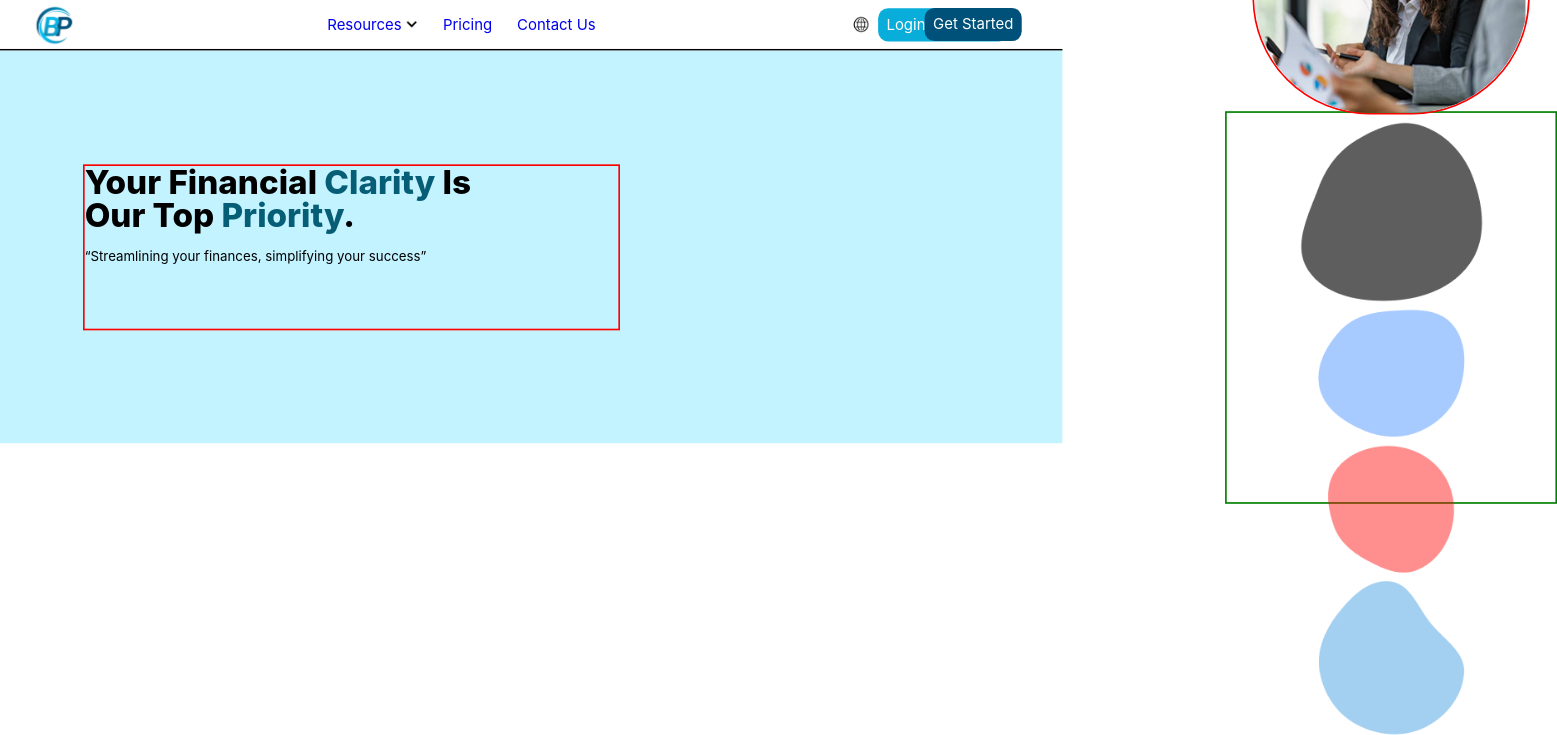
Repository: dark-txch/Bizpadi
Page: /
These files come from the project's save history. The page is drawn as it stood at one moment and after the next save; the edit follows.
The browser window is 1280 px wide. The page is 1876 px wide, so the pictures cover 1876 px, including what lies to the right of the window. The pictures show the whole page, at 83% of full size.
The project was rebuilt for these pictures with package versions that can differ from the ones it lists, and the page was loaded fresh each time. Also part of the build but not shown: vite.config.js.

Above is the page before, as saved 2025-04-01 19:22:30.

### index.html
<!DOCTYPE html>
<html lang="en">
	<head>
		<meta charset="UTF-8" />
		<link rel="icon" type="image/svg+xml" href="/public/logo.svg" />
		<meta name="viewport" content="width=device-width, initial-scale=1.0" />
		<title>Bizpadi</title>
	</head>
	<body>
		<div id="root"></div>
		<script type="module" src="/src/main.jsx"></script>
	</body>
</html>

### src/index.css
:root {
	font-family: system-ui, Avenir, Helvetica, Arial, sans-serif;
	line-height: 1.5;
	font-weight: 400;

	color-scheme: light dark;
	color: black;
	background-color: white;

	font-synthesis: none;
	text-rendering: optimizeLegibility;
	-webkit-font-smoothing: antialiased;
	-moz-osx-font-smoothing: grayscale;
}

* {
	box-sizing: border-box;
	padding: 0;
	margin: 0;
	outline: none;
	border: none;
}

body {
	height: 100vh;
	width: 100vw;
	overflow: hidden;

	font-family: "inter", sans-serif;
}

a {
	text-decoration: none;
}

### src/App.jsx
import "./App.css";
import Nav from "./components/LandingPage/Nav";
import MidSection from "./components/LandingPage/MidSection";

function App() {
	return (
		<>
			<Nav />
			<MidSection />
		</>
	);
}

export default App;

### src/App.css
/*  LANDING PAGE/Main container */

@font-face {
	font-family: "MyCustomFont";
	src: url("/fonts/Inter/Inter-Italic-VariableFont_opsz,wght.ttf")
			format("truetype"),
		url("/fonts/Inter/Inter-VariableFont_opsz,wght.ttf") format("truetype");
	font-weight: normal;
	font-style: normal;
}

nav.homepage-nav {
	/*  this is the parent container */
	width: 100vw;
	height: 61px;
	display: flex;
	font-size: 18px;
	align-items: center;
	justify-content: space-between;
	border-bottom: 2px solid #000;
	box-shadow: 1px 1px 2px 0px rgba(0, 0, 0, 0.25%);
}

nav.homepage-nav .logo {
	/* this is the first div "LOGO" */
	margin-left: 30px;
	margin-top: 10px;
}

nav.homepage-nav :nth-child(2) a {
	/* this is the middle div */
	width: 309px;
	height: 24px;
	position: relative;
}

.homepage-nav div:nth-child(2) a:nth-of-type(1) {
	margin-right: 50px;
}

.homepage-nav div:nth-child(2) a:nth-of-type(2) {
	margin-right: 30px;
}

nav.homepage-nav :nth-child(2) a > img {
	position: absolute;
}

.homepage-nav div:nth-child(3) {
	/* this is the login and get started container .. the third div*/
	width: 218px;
	height: 40px;
	display: flex;
	justify-content: center;
	align-items: center;
	gap: 10px;
	position: relative;
	color: white;
	border-radius: 12px;
	margin-right: 50px;
}

.homepage-nav div:nth-child(3) a:nth-of-type(1) {
	/* this is the login button */
	background-color: #09adda;
	color: inherit;
	display: inline-block;
	width: 157px;
	padding: 8px;
	height: inherit;
	padding-left: 10px;
	border-radius: inherit;
	display: flex;
	align-items: center;
}

.homepage-nav div:nth-child(3) a:nth-of-type(2) {
	/* this is the signup button */
	background-color: #00517a;
	color: inherit;
	display: inline-block;
	/* width: 110px; */
	padding-left: 10px;
	padding-right: 10px;
	height: inherit;
	border-radius: inherit;
	position: absolute;
	top: -2px;
	right: -10px;
	transform: translate(-9px, 1.5px);
	display: flex;
	align-items: center;
}

/* MIDSECTION */
.midSection {
	background-color: #c3f3ff;
	height: 473px;
	display: flex;
	align-items: center;
}

.landingPageMotto {
	display: inline-block;
	width: 647px;
	height: 200px;
	top: 166px;
	left: 113px;
	/* gap: 19px; */

	margin-left: 100px;

	border: 2px solid red;
}

.landingPageMotto > h1 {
	width: 538px;
	height: 96px;

	font-weight: 800;
	font-size: 40px;
	line-height: 100%;
	text-transform: capitalize;
}

.landingPageMotto > h1 span {
	color: #065d76;
}

.landingPageImages {
	position: relative;
	border: 2px solid green;
	width: 399.93px;
	height: 362.9px;
	top: 73.2px;
	left: 729.07px;

	display: flex; /* Enable Flexbox */
	flex-direction: column; /* Stack items vertically */
	justify-content: center; /* Optionally center vertically (if you have a height) */
	align-items: center; /* Optionally center horizontally */
	gap: 10px; /* Optional: Space between images */
	height: 100%;
}

.landingPageImages > img:nth-of-type(1) {
	width: 334.57px;
	height: 281.66px;
	top: 94.21px;
	left: 751.64px;
	border-radius: 150px;

	z-index: 100;

	border: 2px solid red;
}

### src/components/LandingPage/Nav.jsx
export default function Nav() {
	return (
		// Main Landing container, parent housing the landing page
		<>
			{/* Inside of the main is the nav element */}
			<nav className="homepage-nav">
				<div className="logo">
					<img src="/assets/icons/logo.svg" alt="Bizpadi icon" />
				</div>

				{/* Second div */}
				<div>
					<a href="#">
						Resources
						<img src="/assets/icons/dropdown.png" alt="dropdown icon" />
					</a>
					<a href="#">Pricing</a>
					<a href="#">Contact Us</a>
				</div>

				{/* Third div */}
				<div>
					<img src="/assets/icons/world.png" alt="world" />
					<a href="#">Login</a>
					<a href="#">Get Started</a>
				</div>
			</nav>
		</>
	);
}

### src/components/LandingPage/MidSection.jsx
export default function MidSection() {
	return (
		<section className="midSection">
			<div className="landingPageMotto">
				<h1>
					Your financial <span>clarity</span> is our top <span>priority</span>.
				</h1>
				<p>“Streamlining your finances, simplifying your success”</p>
			</div>

			{/* This is the images section in the mid section */}
			<div className="landingPageImages">
				<img src="/assets/images/smiley.png" alt="smiley" />
				<img src="/assets/images/Vector-black.png" alt="vector-black" />
				<img src="/assets/images/Vector-blue.png" alt="vector-blue" />
				<img src="/assets/images/Vector-orange.png" alt="vector-orange" />
				<img src="/assets/images/Vector.png" alt="vector" />
			</div>
		</section>
	);
}

Loaded but not shown: src/main.jsx (common file)

After the next save:
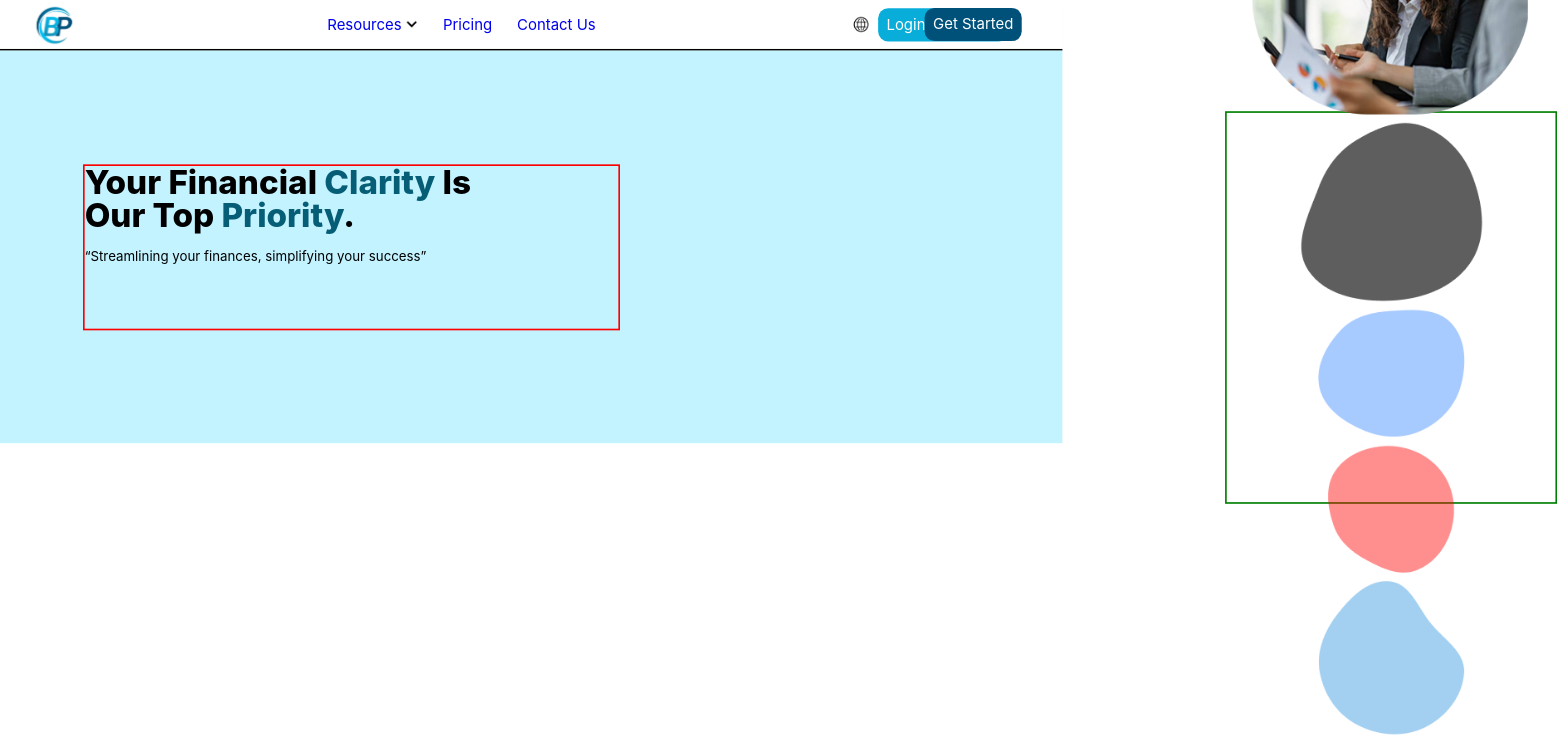
Saved 28 s later.
--- a/src/App.css
+++ b/src/App.css
@@ -144,6 +144,7 @@ nav.homepage-nav :nth-child(2) a > img {
 }
 
 .landingPageImages > img:nth-of-type(1) {
+.landingPageImages > img:nth-of-type(1) {
 	width: 334.57px;
 	height: 281.66px;
 	top: 94.21px;
